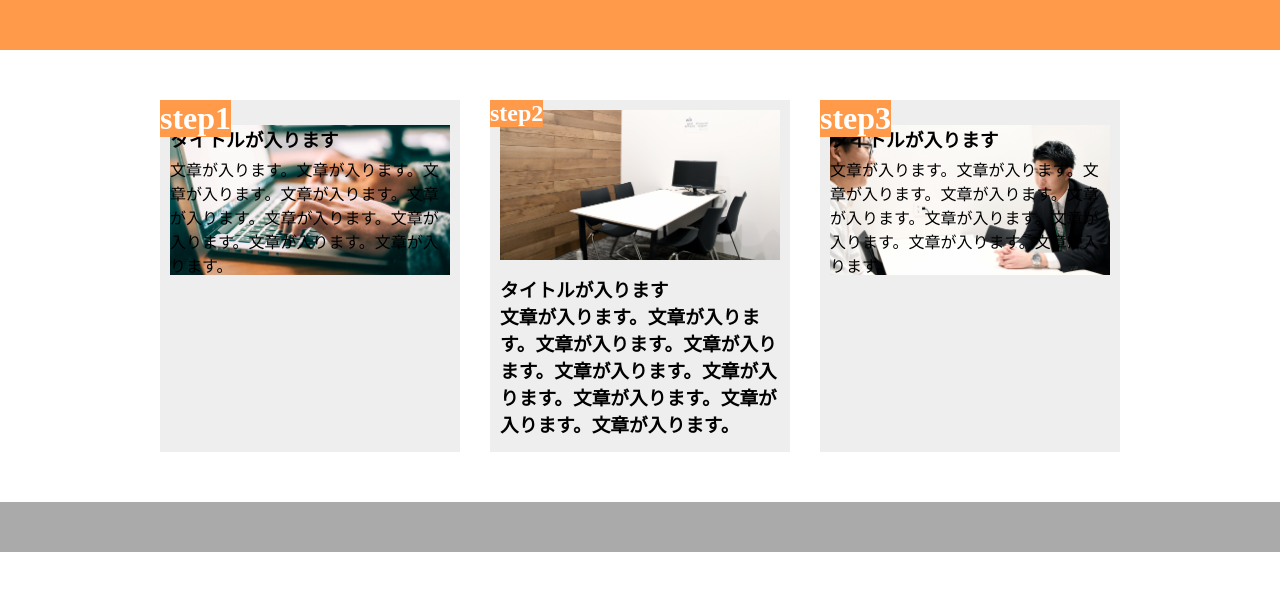
Repository: rie-koyuzu/kadai
Page: kadai/index.html
The author's editor kept a record of every edit. The page is drawn from the files as they stood at one moment, then again after the next edit.
The browser window is 1280 px wide. The pictures show the whole page.
Some web libraries are served in a nearby version.

Above is the page before.

### kadai/index.html
<!DOCTYPE html>
<html lang="ja">

  <head>

    <meta charset="UTF-8" />
    <script src="https://kit.fontawesome.com/42ccd6fdce.js" crossorigin="anonymous"></script>
    <link rel="stylesheet" href="style.css" />
    <title>chapter10</title>
  </head>


  <body>
    <header>
      <div class="header"></div>
    </header>


<main>
    <div class="step-box">
      <div class="step1-item">
        <!--<section class="main-step-text">-->
          <h1 class="step-num">step1</h1>
          <h3 class="step-title">タイトルが入ります</h3>
          <p>文章が入ります。文章が入ります。文章が入ります。文章が入ります。文章が入ります。文章が入ります。文章が入ります。文章が入ります。文章が入ります。
          </p>
          <!--</section>-->
          </div>
          </div>

    <div class="step-box">
      <h1><div class="step2-item"></h1>
        <!--<section class="main-step-text">-->
          <h2 class="step-num">step2</h2>
          <h3 class="step-title">タイトルが入ります
          <p>文章が入ります。文章が入ります。文章が入ります。文章が入ります。文章が入ります。文章が入ります。文章が入ります。文章が入ります。文章が入ります。
          </p>
         <!--</section>-->
          </div>
          </div>

   <div class="step-box">
     <div class="step3-item">
        <!--<section class="main-step-text">-->
          <h1 class="step-num">step3</h1>
          <h3 class="step-title">タイトルが入ります</h3>
          <p>文章が入ります。文章が入ります。文章が入ります。文章が入ります。文章が入ります。文章が入ります。文章が入ります。文章が入ります。文章が入ります。
          </p>
          <!--</section>-->
          </div>
          </div>

    </div>
  </main>





<footer>
    <div class="footer"></div>
    </footer>



  </body>
</html>

### kadai/style.css
* {
  box-sizing: border-box;
  margin: 0;
  padding: 0;
}


header {
  height: 50px;
  background-color: #ff9a4b;
}

main {
  width: 960px;
  display: flex;
  margin: 50px auto;
}

.step-box {
  width: 300px;
  margin-right: 30px;
  padding: 10px;
  position: relative;
  background-color: #eeeeee;
}

.step-box:last-child {
  margin-right: 0;
}

.step1-item {
  height: 150px;
  background-image: url(img/flow01.png);
  background-position: bottom;
  background-size: cover;
}

.step2-item {
  height: 150px;
  background-image: url(img/flow02.png);
  background-position: bottom;
  background-size: cover;
}

.step3-item {
  height: 150px;
  background-image: url(img/flow03.png);
  background-position: bottom;
  background-size: cover;
}

.step-num {
  position: absolute;
  top: 0;
  left: 0;
  background-color: #ff9a4b;
  color: #ffffff;
}

.step-title {
  margin: 15px 0 5px;
}


footer {
  height: 50px;
  background-color: #aaaaaa;
}

@media screen and (max-width: 768px) {
  header {
    width: 100%;
  }

  main {
    width: 100%;
    display: block;
    margin-top: 50px;
    margin-left: 10%;
    margin-right: 10%;
  }

  .step-box {
    padding-top: 50px;
    margin-top: 20px;
    width: 100%;
  }

  .step1-item {
    height: 150px;

  }

  .step2-item {
    width: 100%;
  }

  .step3-item {
    width: 100%;
  }

After the next edit:
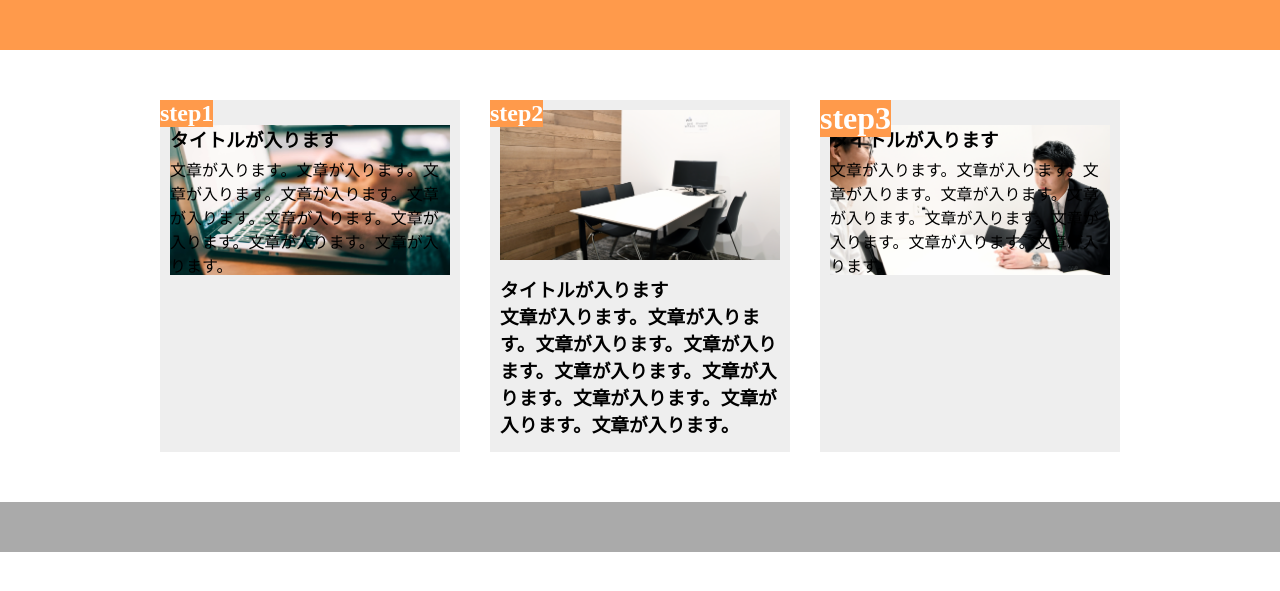
The edit:
--- a/kadai/index.html
+++ b/kadai/index.html
@@ -20,7 +20,7 @@
     <div class="step-box">
       <div class="step1-item">
         <!--<section class="main-step-text">-->
-          <h1 class="step-num">step1</h1>
+          <h2 class="step-num">step1</h2>
           <h3 class="step-title">タイトルが入ります</h3>
           <p>文章が入ります。文章が入ります。文章が入ります。文章が入ります。文章が入ります。文章が入ります。文章が入ります。文章が入ります。文章が入ります。
           </p>
